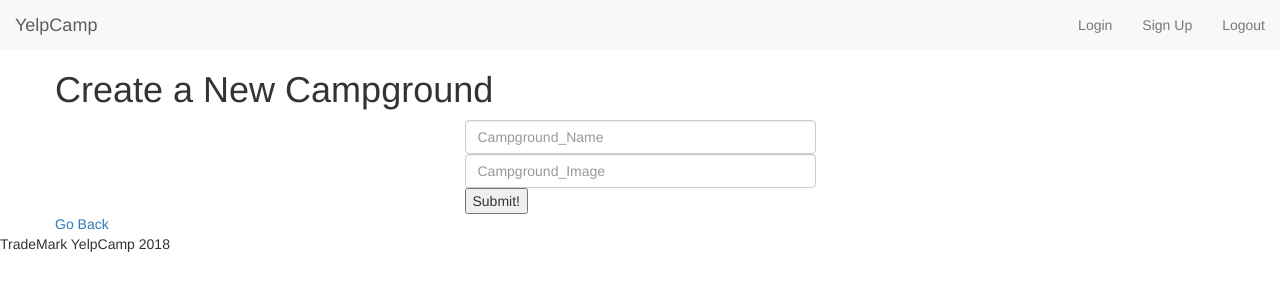
Repository: Kushagrakmr/c9backup
Page: http://localhost/campgrounds/new
The author's editor kept a record of every edit. The page is drawn from the files as they stood at one moment, then again after the next edit.
The browser window is 1280 px wide. The pictures show the whole page.
The page is served by the project's Node server (YelpCamp/v1/app.js).

Above is the page before.

After the next edit:
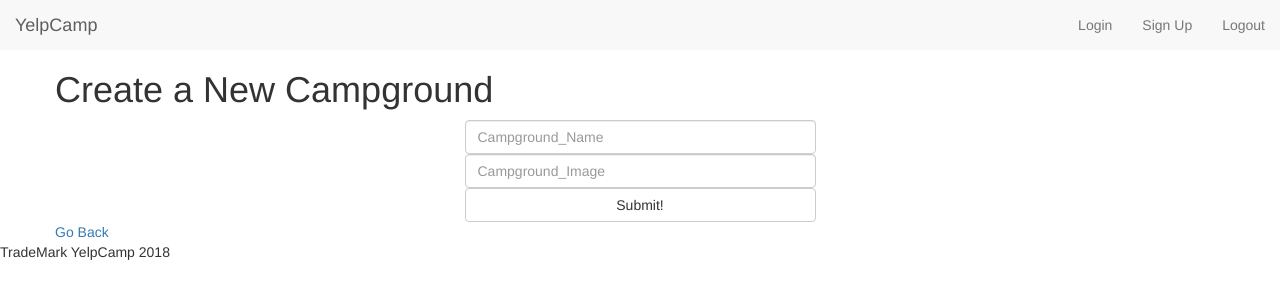
The edit:
--- a/YelpCamp/v1/views/new.ejs
+++ b/YelpCamp/v1/views/new.ejs
@@ -7,7 +7,7 @@
     <form action = "/campgrounds" method= "POST">
        <input class = "form-control" type = "text" name="name" placeholder = "Campground_Name">
        <input class= "form-control" type = "text" name="image" placeholder = "Campground_Image">
-       <button>Submit!</button>
+       <button class="btn btn-ld btn-default btn-block">Submit!</button>
     </form>
    </div>
 
